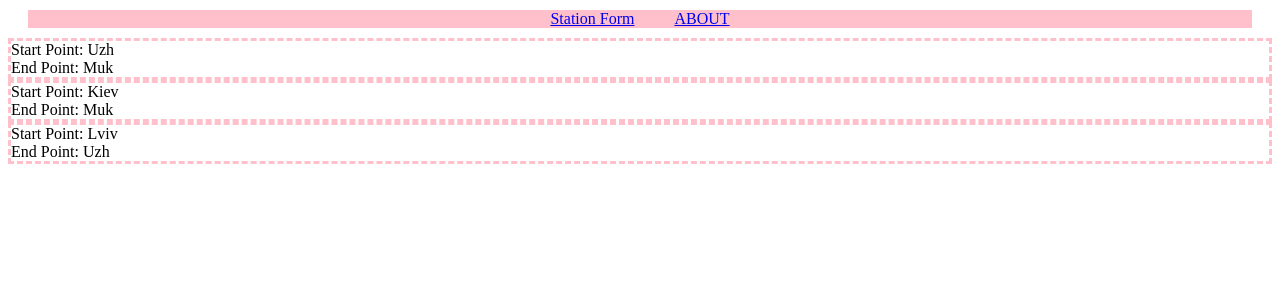
Repository: rutsguifd/mkr2
Page: /#/station-form
The author's editor kept a copy of each file at every save. The page is drawn from the files as they stood at one save, then again after the next save.
The browser window is 1280 px wide. The pictures show the whole page.
The project was rebuilt for these pictures with package versions that can differ from the ones it lists, and the page was loaded fresh each time. Also part of the build but not shown: src/views/Home.vue, src/views/About.vue.

Above is the page before, as saved 2021-12-21 19:49:59.

### src/App.vue
<template>
  <div>
    <router-view />
  </div>
</template>

<script>
  export default {

  }
</script>

<style lang="scss" scoped>

</style>

### src/router/index.js
import { createRouter, createWebHashHistory } from 'vue-router'
import Home from '../views/Home.vue'
import About from '../views/About.vue'
import StationForm from '../views/StationForm.vue'


const routes = [
  {
    path: '/',
    name: 'Home',
    component: Home
  },
  {
    path: '/about',
    name: 'About',
    component: About
  },
  {
    path: '/station-form',
    name: 'StationForm',
    component: StationForm
  }
]

const router = createRouter({
  history: createWebHashHistory(),
  routes
})

export default router

### src/store/index.js
import { createStore } from 'vuex'

export default createStore({
  state: {
    tripInfo: [
      {
        tripStart: "Uzh",
        tripEnd: "Muk",
        tripDuration: "1 hour",
        tripPrice: "500",
        vehicle: "Bus"
      },
      {
        tripStart: "Kiev",
        tripEnd: "Muk",
        tripDuration: "2 hours",
        tripPrice: "1000",
        vehicle: "Train"
      },
      {
        tripStart: "Lviv",
        tripEnd: "Uzh",
        tripDuration: "1.5 hours",
        tripPrice: "500",
        vehicle: "Bus"
      }
    ]
  },
  mutations: {
  },
  actions: {
  },
  getters: {
    AllTrips(state) {
      return state.tripInfo
    }
  }
})

### src/views/StationForm.vue
<template>
    <div>
        <Header />
        <trip-card v-for="(trip, ind) in AllTrips" :key="ind" :trip="trip"/>
    </div>
</template>

<script>
import {mapGetters} from 'vuex'
import Header from '../components/Header.vue'
import TripCard from "../components/TripCard.vue"
    export default {
        name: "StationForm",
        components: {
            TripCard,
            Header
        },
        computed: mapGetters(['AllTrips'])
    }
</script>

<style lang="scss" scoped>

</style>

### src/components/Header.vue
<template>
  <div class="header">
    <span><router-link to="/station-form">Station Form</router-link></span>
    <span><router-link to="/about">ABOUT</router-link></span>
  </div>
</template>

<script>
export default {};
</script>

<style lang="scss" scoped>
.header{
    text-align: center;
    margin: 10px 20px;
    background: pink;
    span{
        margin: 0px 20px;
    }
}
</style>

### src/components/TripCard.vue
<template>
    <div class="card">
        <div>Start Point: {{trip.tripStart}}</div>
        <div>End Point: {{trip.tripEnd}}</div>

    </div>
</template>

<script>
    export default {
        name: "TripCard",
        props: ["trip"]
    }
</script>

<style lang="scss" scoped>
.card{
    border: 3px dashed pink;
}
</style>

Loaded but not shown: public/index.html (common file); src/main.js (common file)

After the next save:
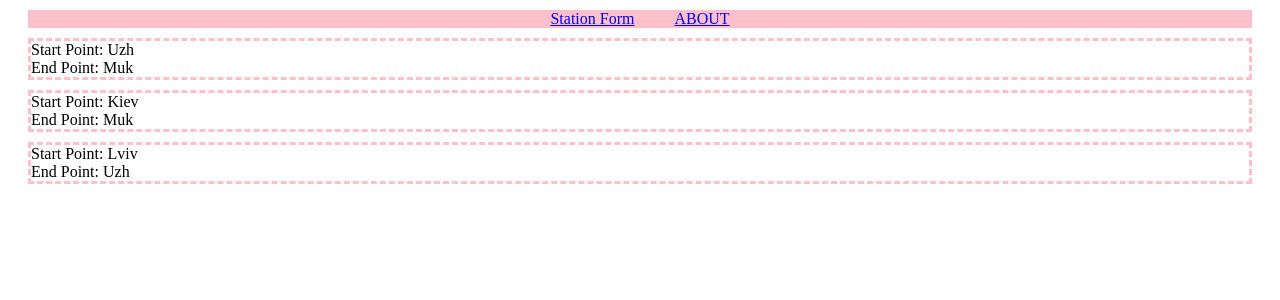
Saved 23 s later.
--- a/src/components/TripCard.vue
+++ b/src/components/TripCard.vue
@@ -15,6 +15,7 @@
 
 <style lang="scss" scoped>
 .card{
+    margin: 10px 20px;
     border: 3px dashed pink;
 }
 </style>
